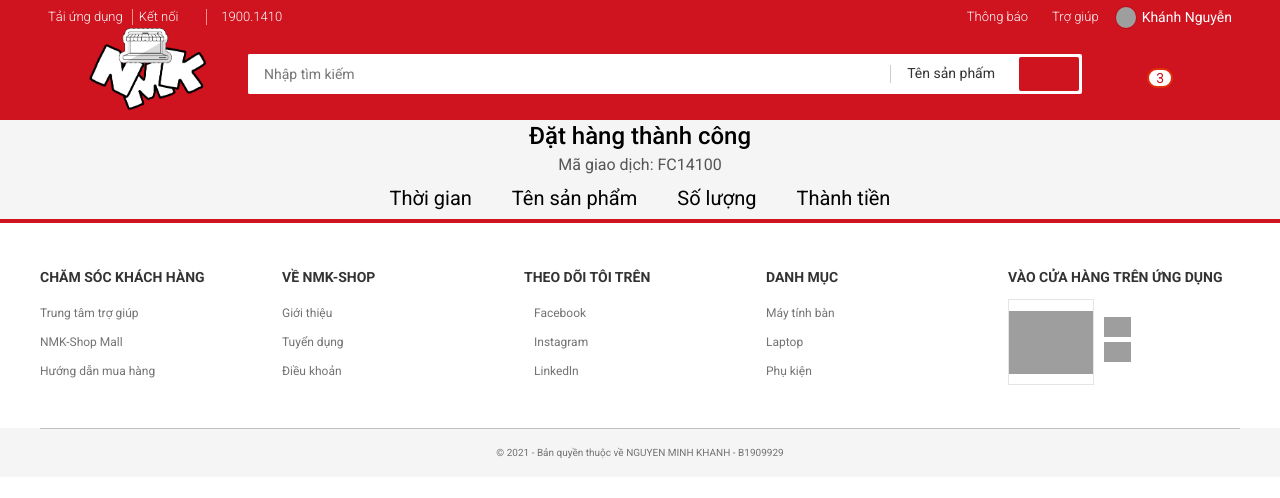
Repository: NguyenMinhKhanhB1909929/NMK-Shop
Page: orderedSuccess.html
The author's editor kept a copy of each file at every save. The page is drawn from the files as they stood at one save, then again after the next save.
The browser window is 1280 px wide. The pictures show the whole page.
Pictures or frames that could not be fetched are drawn as grey boxes. Some icons come from a web library that is not loaded, so they are not drawn.

Above is the page before, as saved 2021-12-04 16:08:03.
Console error: TypeError: Cannot set properties of null (setting 'onclick')

After the next save:
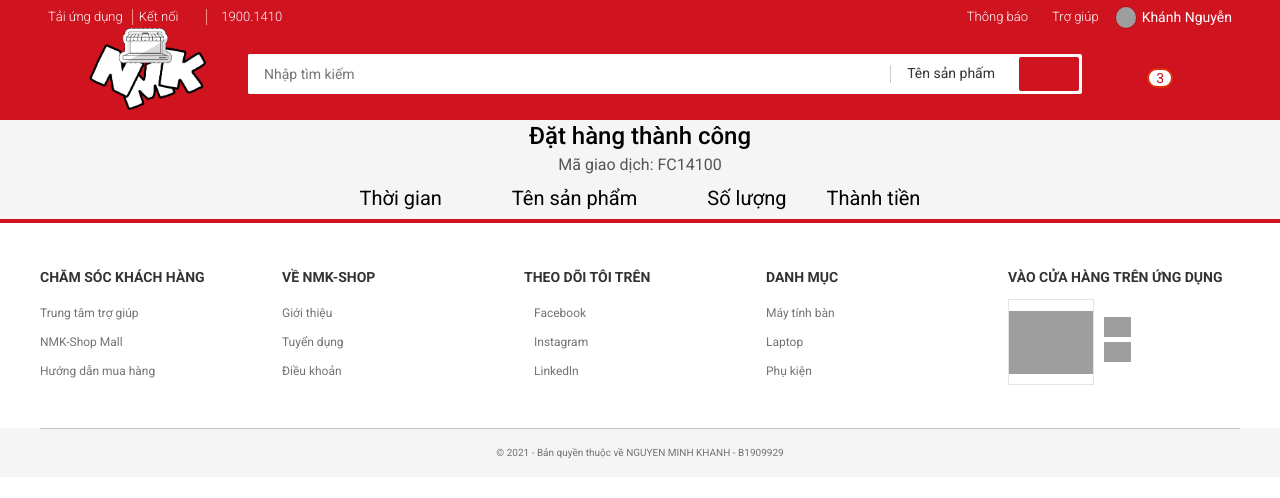
Saved 56 s later.
--- a/assets/css/orderSuccess.css
+++ b/assets/css/orderSuccess.css
@@ -32,7 +32,7 @@
   padding: 10px 20px;
 }
 .ordered__success-table-title-name {
-  padding: 10px 20px;
+  padding: 10px 50px;
 }
 .ordered__success-table-title-quantity {
   padding: 10px 20px;
